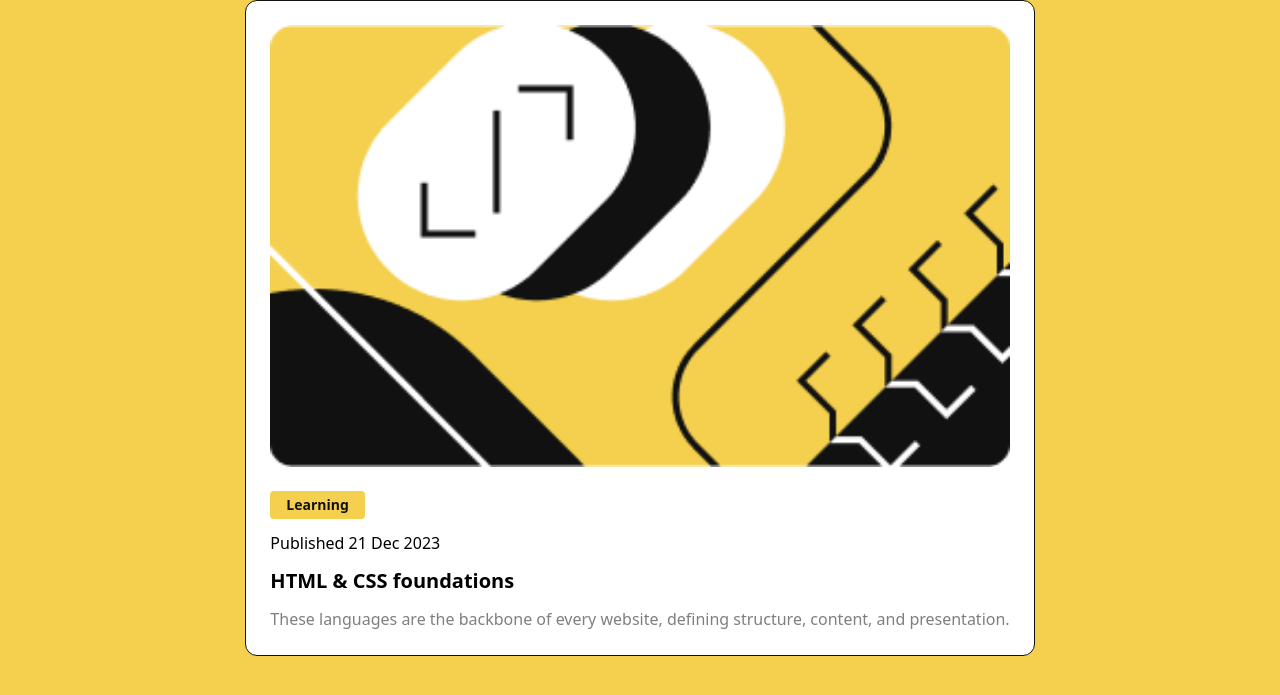
Repository: orcunelektirikci/fe-mentor-blogprev
Page: index.html
The author's editor kept a copy of each file at every save. The page is drawn from the files as they stood at one save, then again after a run of saves.
The browser window is 1280 px wide. The pictures show the whole page.
Some web libraries are served in a nearby version.

Above is the page before, as saved 2024-04-12 16:54:44.

### index.html
<!DOCTYPE html>
<html lang="en">
<head>
    <meta charset="UTF-8">
    <meta name="viewport" content="width=device-width, initial-scale=1.0">
    <title>Blog Preview</title>
    <link rel="stylesheet" href="assets/css/style.css">
    <script src="https://cdn.tailwindcss.com"></script>

</head>
<body class="bg-yellow flex items-center justify-center">

    <div class="bg-white border-[1px] rounded-xl border-black p-6 flex flex-col space-y-6">
        <img src="assets/img/blogimage.png" alt="">
        <div class="space-y-3">
            <button class="bg-yellow rounded font-semibold text-black text-sm py-1 px-4 max-w-min" type="button">Learning</button>
            <p class="text-md">Published 21 Dec 2023</p>
            <h2 class="font-bold text-xl">HTML & CSS foundations</h2>
            <p class="text-grey">These languages are the backbone of every website, defining structure, content, and presentation.</p>
        </div>

    </div>

    <script src="/assets/js/main.js"></script>
</body>
</html>

### assets/css/style.css
@layer base {
    @font-face {
        font-family: 'Outfit';
        font-optical-sizing: auto;
        src: url('https://fonts.googleapis.com/css2?family=Figtree:ital,wght@0,300..900;1,300..900&display=swap');
    }
}

### assets/js/main.js
   tailwind.config = {
      theme: {
        fontFamily: {
          body: 'Figtree, sans-serif'
        },
        extend: {
          colors: {
            black: '#111',
            yellow: '#F4D04E',
            grey: '#7F7F7F',
            white: '#fff'
          }
        }
      }
    }

After the next 6 saves:
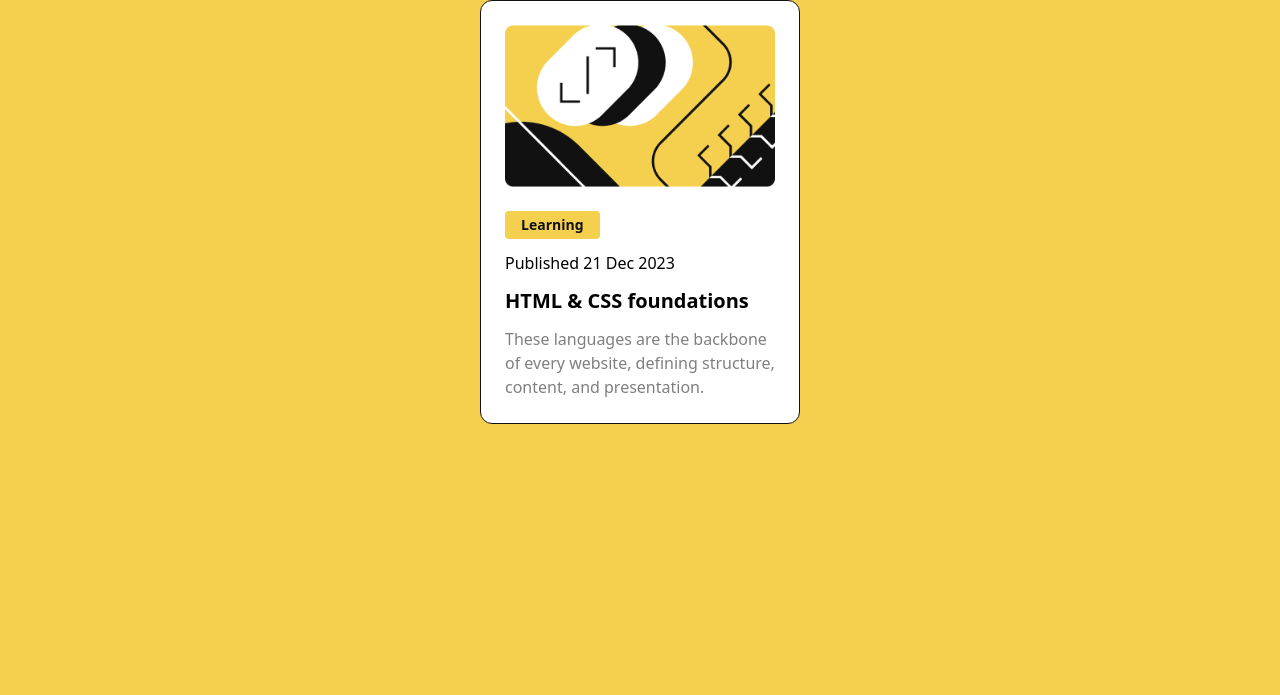
The 6 saves are shown as one change because they came seconds apart.
The last was saved 19 s later.
--- a/index.html
+++ b/index.html
@@ -10,7 +10,7 @@
 </head>
 <body class="bg-yellow flex items-center justify-center">
 
-    <div class="bg-white border-[1px] rounded-xl border-black p-6 flex flex-col space-y-6">
+    <div class="bg-white border-[1px] rounded-xl border-black p-6 flex flex-col space-y-6 w-3/12">
         <img src="assets/img/blogimage.png" alt="">
         <div class="space-y-3">
             <button class="bg-yellow rounded font-semibold text-black text-sm py-1 px-4 max-w-min" type="button">Learning</button>
